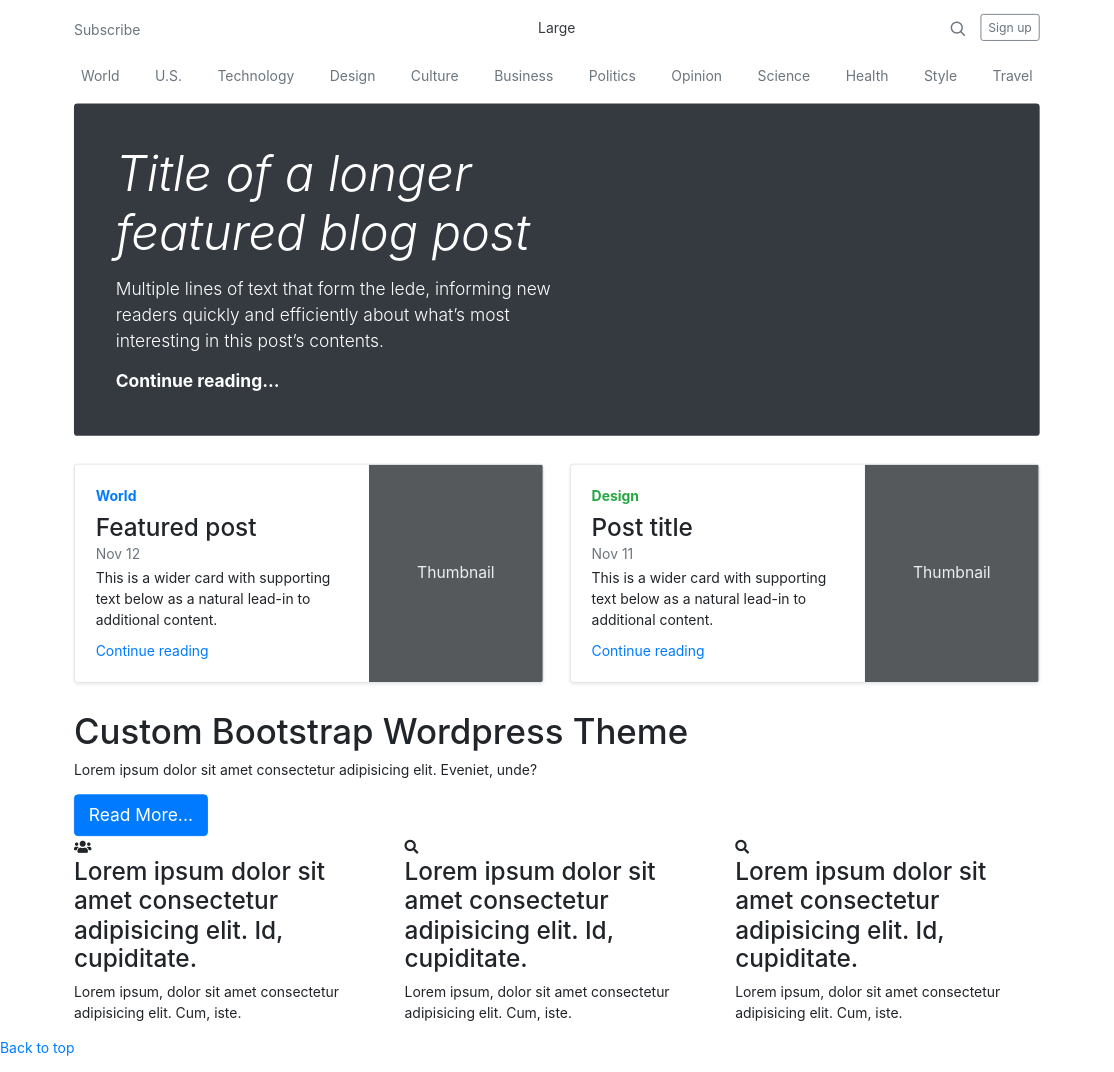
Repository: konstantin0s/wordpress-bootstrap
Page: Front.html
These files come from the project's save history. The page is drawn as it stood at one moment and after the next save; the edit follows.
The browser window is 1280 px wide. The pictures show the whole page, at 87% of full size.
Some web libraries are served in a nearby version.

Above is the page before, as saved 2019-05-14 18:16:06.

### Front.html

<!doctype html>
<html lang="en">
  <head>
    <meta charset="utf-8">
    <meta name="viewport" content="width=device-width, initial-scale=1, shrink-to-fit=no">
    <meta name="description" content="">
    <meta name="author" content="Mark Otto, Jacob Thornton, and Bootstrap contributors">
    <meta name="generator" content="Jekyll v3.8.5">
    <title>Blog Template · Bootstrap</title>

    <link rel="canonical" href="https://getbootstrap.com/docs/4.3/examples/blog/">

    <!-- Bootstrap core CSS -->
<link href="css/bootstrap.css" rel="stylesheet" integrity="sha384-ggOyR0iXCbMQv3Xipma34MD+dH/1fQ784/j6cY/iJTQUOhcWr7x9JvoRxT2MZw1T" crossorigin="anonymous">
<link rel="stylesheet" href="https://use.fontawesome.com/releases/v5.8.2/css/all.css" integrity="sha384-oS3vJWv+0UjzBfQzYUhtDYW+Pj2yciDJxpsK1OYPAYjqT085Qq/1cq5FLXAZQ7Ay" crossorigin="anonymous">

    <style>
      .bd-placeholder-img {
        font-size: 1.125rem;
        text-anchor: middle;
        -webkit-user-select: none;
        -moz-user-select: none;
        -ms-user-select: none;
        user-select: none;
      }

      @media (min-width: 768px) {
        .bd-placeholder-img-lg {
          font-size: 3.5rem;
        }
      }
    </style>
    <!-- Custom styles for this template -->
    <link href="https://fonts.googleapis.com/css?family=Playfair+Display:700,900" rel="stylesheet">
    <!-- Custom styles for this template -->
    <link href="css/style.css" rel="stylesheet">
  </head>
  <body>
    <div class="container">
  <header class="blog-header py-3">
    <div class="row flex-nowrap justify-content-between align-items-center">
      <div class="col-4 pt-1">
        <a class="text-muted" href="#">Subscribe</a>
      </div>
      <div class="col-4 text-center">
        <a class="blog-header-logo text-dark" href="#">Large</a>
      </div>
      <div class="col-4 d-flex justify-content-end align-items-center">
        <a class="text-muted" href="#">
          <svg xmlns="http://www.w3.org/2000/svg" width="20" height="20" fill="none" stroke="currentColor" stroke-linecap="round" stroke-linejoin="round" stroke-width="2" class="mx-3" role="img" viewBox="0 0 24 24" focusable="false"><title>Search</title><circle cx="10.5" cy="10.5" r="7.5"/><path d="M21 21l-5.2-5.2"/></svg>
        </a>
        <a class="btn btn-sm btn-outline-secondary" href="#">Sign up</a>
      </div>
    </div>
  </header>

  <div class="nav-scroller py-1 mb-2">
    <nav class="nav d-flex justify-content-between">
      <a class="p-2 text-muted" href="#">World</a>
      <a class="p-2 text-muted" href="#">U.S.</a>
      <a class="p-2 text-muted" href="#">Technology</a>
      <a class="p-2 text-muted" href="#">Design</a>
      <a class="p-2 text-muted" href="#">Culture</a>
      <a class="p-2 text-muted" href="#">Business</a>
      <a class="p-2 text-muted" href="#">Politics</a>
      <a class="p-2 text-muted" href="#">Opinion</a>
      <a class="p-2 text-muted" href="#">Science</a>
      <a class="p-2 text-muted" href="#">Health</a>
      <a class="p-2 text-muted" href="#">Style</a>
      <a class="p-2 text-muted" href="#">Travel</a>
    </nav>
  </div>

  <div class="jumbotron p-4 p-md-5 text-white rounded bg-dark">
    <div class="col-md-6 px-0">
      <h1 class="display-4 font-italic">Title of a longer featured blog post</h1>
      <p class="lead my-3">Multiple lines of text that form the lede, informing new readers quickly and efficiently about what’s most interesting in this post’s contents.</p>
      <p class="lead mb-0"><a href="#" class="text-white font-weight-bold">Continue reading...</a></p>
    </div>
  </div>

  <div class="row mb-2">
    <div class="col-md-6">
      <div class="row no-gutters border rounded overflow-hidden flex-md-row mb-4 shadow-sm h-md-250 position-relative">
        <div class="col p-4 d-flex flex-column position-static">
          <strong class="d-inline-block mb-2 text-primary">World</strong>
          <h3 class="mb-0">Featured post</h3>
          <div class="mb-1 text-muted">Nov 12</div>
          <p class="card-text mb-auto">This is a wider card with supporting text below as a natural lead-in to additional content.</p>
          <a href="#" class="stretched-link">Continue reading</a>
        </div>
        <div class="col-auto d-none d-lg-block">
          <svg class="bd-placeholder-img" width="200" height="250" xmlns="http://www.w3.org/2000/svg" preserveAspectRatio="xMidYMid slice" focusable="false" role="img" aria-label="Placeholder: Thumbnail"><title>Placeholder</title><rect width="100%" height="100%" fill="#55595c"/><text x="50%" y="50%" fill="#eceeef" dy=".3em">Thumbnail</text></svg>
        </div>
      </div>
    </div>
    <div class="col-md-6">
      <div class="row no-gutters border rounded overflow-hidden flex-md-row mb-4 shadow-sm h-md-250 position-relative">
        <div class="col p-4 d-flex flex-column position-static">
          <strong class="d-inline-block mb-2 text-success">Design</strong>
          <h3 class="mb-0">Post title</h3>
          <div class="mb-1 text-muted">Nov 11</div>
          <p class="mb-auto">This is a wider card with supporting text below as a natural lead-in to additional content.</p>
          <a href="#" class="stretched-link">Continue reading</a>
        </div>
        <div class="col-auto d-none d-lg-block">
          <svg class="bd-placeholder-img" width="200" height="250" xmlns="http://www.w3.org/2000/svg" preserveAspectRatio="xMidYMid slice" focusable="false" role="img" aria-label="Placeholder: Thumbnail"><title>Placeholder</title><rect width="100%" height="100%" fill="#55595c"/><text x="50%" y="50%" fill="#eceeef" dy=".3em">Thumbnail</text></svg>
        </div>
      </div>
    </div>
  </div>
</div>

<section id="showcase">
  <div class="container">
    <h1>Custom Bootstrap Wordpress Theme</h1>
    <p>
      Lorem ipsum dolor sit amet consectetur adipisicing elit. Eveniet, unde?

    </p>
    <a href="#" class="btn btn-primary btn-lg">Read More...</a>
  </div>
</section>

<section class="boxes">
  <div class="container">
    <div class="row">
      <div class="col-md-4">
        <div class="box">
<i class="fa fa-users"></i>
 <h3>Lorem ipsum dolor sit amet consectetur adipisicing elit. Id, cupiditate.</h3>
<p>Lorem ipsum, dolor sit amet consectetur adipisicing elit. Cum, iste.</p>
</div>
      </div>

      <div class="col-md-4">
        <div class="box">
<i class="fa fa-search"></i>
 <h3>Lorem ipsum dolor sit amet consectetur adipisicing elit. Id, cupiditate.</h3>
<p>Lorem ipsum, dolor sit amet consectetur adipisicing elit. Cum, iste.</p>
</div>
      </div>

      <div class="col-md-4">
        <div class="box">
<i class="fa fa-search"></i>
 <h3>Lorem ipsum dolor sit amet consectetur adipisicing elit. Id, cupiditate.</h3>
<p>Lorem ipsum, dolor sit amet consectetur adipisicing elit. Cum, iste.</p>
</div>
      </div>

    </div>
  </div>
</section>

<footer class="blog-footer">

  <p>
    <a href="#">Back to top</a>
  </p>
</footer>
</body>
</html>

Loaded but not shown: css/bootstrap.css (library); css/style.css (library)

After the next save:
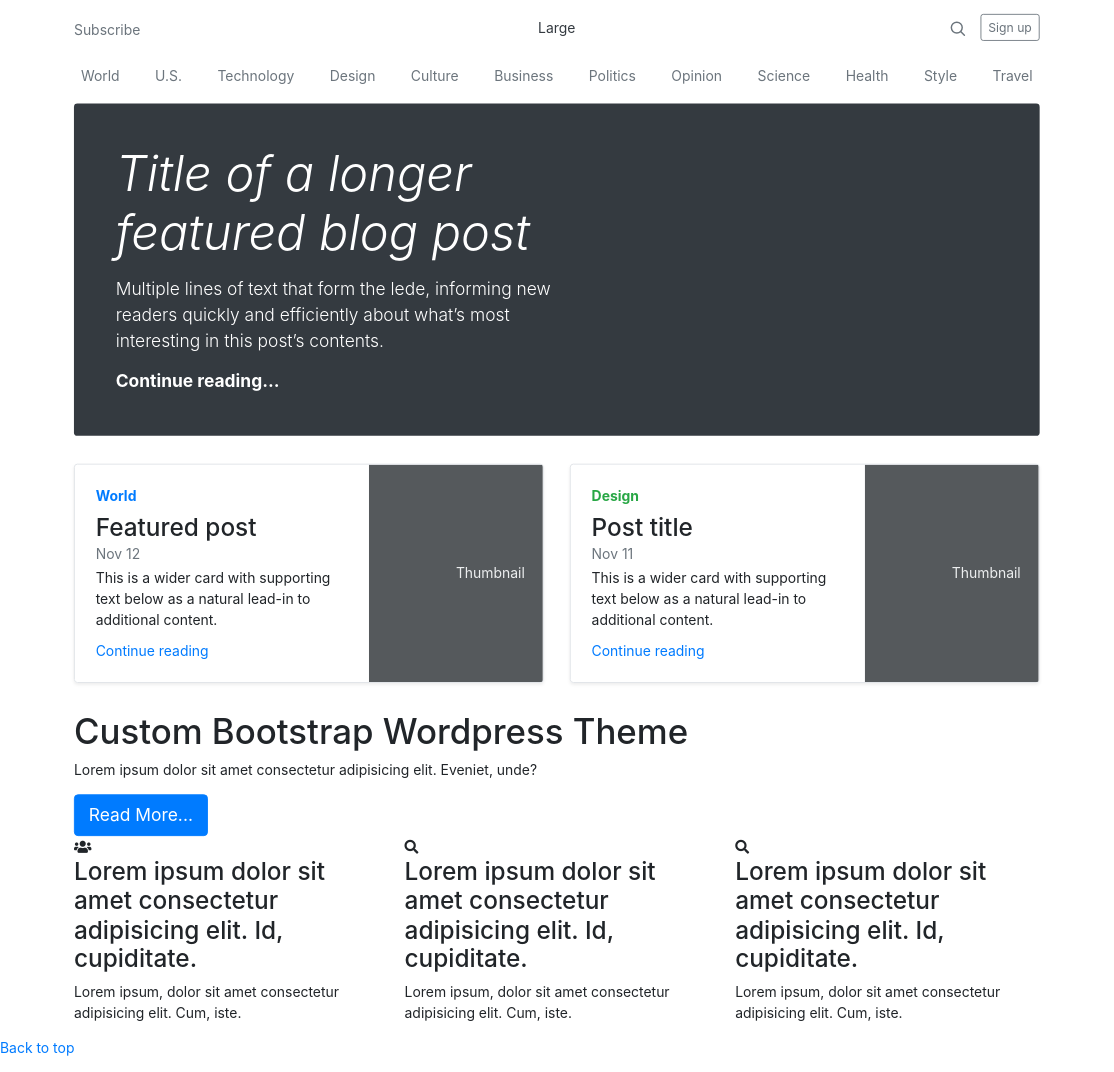
Saved 57 s later.
--- a/Front.html
+++ b/Front.html
@@ -16,14 +16,7 @@
 <link rel="stylesheet" href="https://use.fontawesome.com/releases/v5.8.2/css/all.css" integrity="sha384-oS3vJWv+0UjzBfQzYUhtDYW+Pj2yciDJxpsK1OYPAYjqT085Qq/1cq5FLXAZQ7Ay" crossorigin="anonymous">
 
     <style>
-      .bd-placeholder-img {
-        font-size: 1.125rem;
-        text-anchor: middle;
-        -webkit-user-select: none;
-        -moz-user-select: none;
-        -ms-user-select: none;
-        user-select: none;
-      }
+
 
       @media (min-width: 768px) {
         .bd-placeholder-img-lg {
